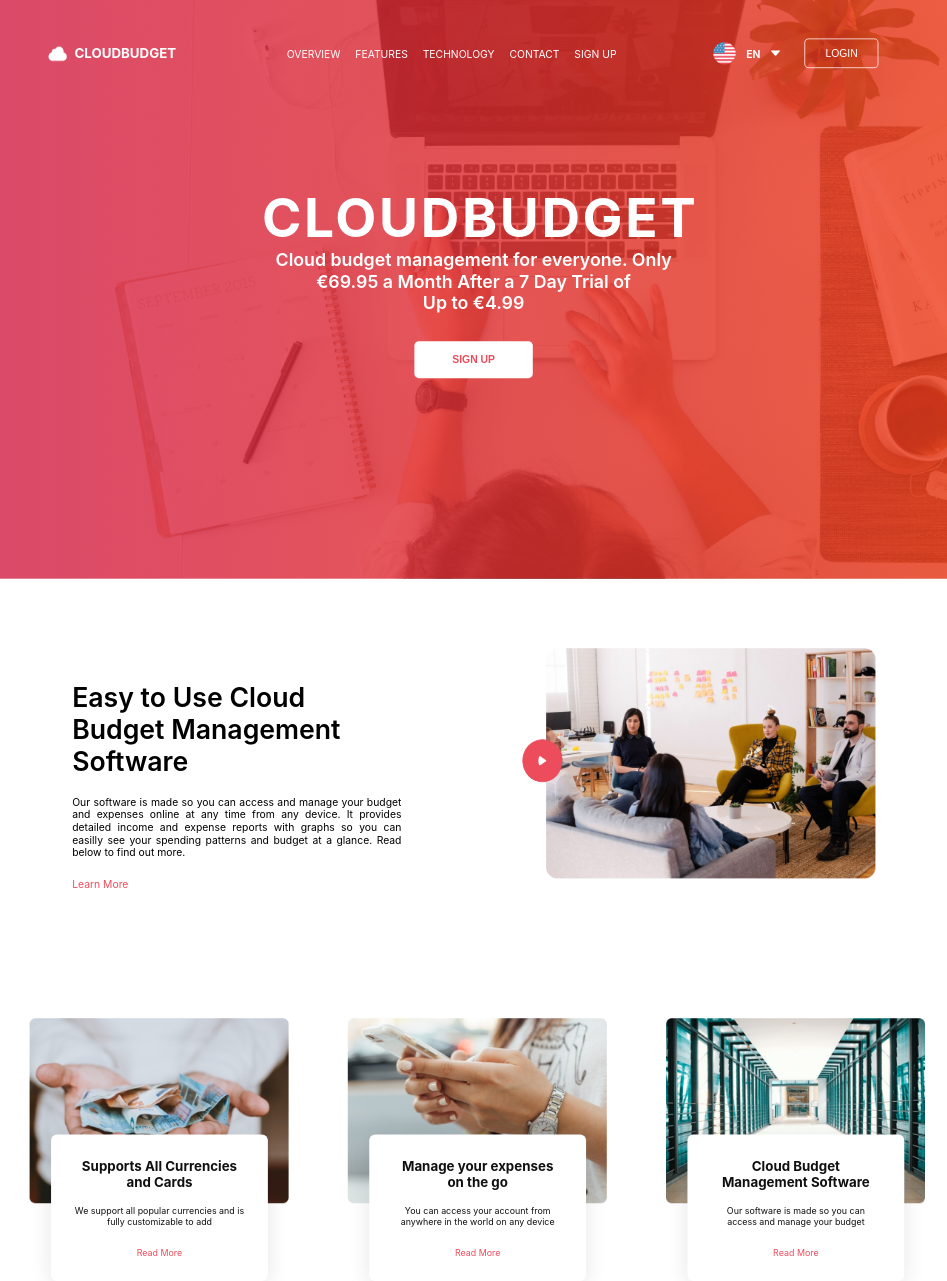
Repository: Ola-22/cloudBudget
Page: /
An editor plug-in stored every save of this project. The page is shown before and after the next save, followed by the edit.
The browser window is 1280 px wide. The pictures show the whole page, at 74% of full size.
The project was rebuilt for these pictures with package versions that can differ from the ones it lists, and the page was loaded fresh each time.

Above is the page before, as saved 2021-09-13 13:32:10.

### src/App.js
import "./App.css";
import {
  Navbar,
  MainContent,
  VideoSection,
  Features,
} from "./components/component-path";

function App() {
  return (
    <div className="App">
      <div
        className="app-main"
        style={{
          backgroundImage:
            "linear-gradient(90deg, rgba(213, 32, 71, 0.8) 0%, rgba(238, 61, 27, 0.8) 100%),url(/images/bg.png)",
          height: "782px",
        }}
      >
        <Navbar />
        <MainContent />
      </div>
      <VideoSection />
      <Features />
    </div>
  );
}

export default App;

### src/App.css
*{
  margin: 0;
  padding: 0;
  box-sizing: border-box;
}

.app-main{
  /* height: 782px; */
  background-position: center;
  background-repeat: no-repeat;
  background-size: cover;
  position: relative;
}

### src/Components/component-path.js
export { default as Navbar } from "./Navbar";
export { default as MainContent } from "./MainContent";
export { default as VideoSection } from "./VideoSection";
export { default as Features } from "./Features";

### src/Components/Navbar/index.jsx
import "./style.scss";
import { Link, BrowserRouter as Router } from "react-router-dom";

function Navbar() {
  return (
    <div className="nav-main">
      <div className="nav-box">
        <img src="/images/Vector.png" alt="" />
        <h3>CLOUDBUDGET</h3>
      </div>
      <Router>
        <nav>
          <Link to="/">overview</Link>
          <Link to="/">features</Link>
          <Link to="/">technology</Link>
          <Link to="/">contact</Link>
          <Link to="/">sign up</Link>
        </nav>
      </Router>
      <div style={{ display: "flex", cursor: "pointer" }}>
        <div className="flag-box">
          <img src="/images/flag.png" alt="" />
          <h4>EN</h4>
          <img src="/images/vector2.png" alt="" />
        </div>
        <button>Login</button>
      </div>
    </div>
  );
}

export default Navbar;

### src/Components/MainContent/index.jsx
import "./style.css";

export default function MainContent() {
  return (
    <div className="main-content">
      <h1>CloudBudget</h1>
      <p>
        Cloud budget management for everyone. Only €69.95 a Month After a 7 Day
        Trial of
        <br /> Up to €4.99
      </p>
      <button>sign up</button>
    </div>
  );
}

### src/Components/VideoSection/index.jsx
import "./style.scss";

export default function VideoSection() {
  return (
    <div className="videoMain">
      <div className="video-content">
        <h2>Easy to Use Cloud Budget Management Software</h2>
        <p>
          Our software is made so you can access and manage your budget and
          expenses online at any time from any device. It provides detailed
          income and expense reports with graphs so you can easilly see your
          spending patterns and budget at a glance. Read below to find out more.
        </p>
        <a href="#">Learn More</a>
      </div>
      <div>
        <img src="/images/play.png" alt="" />
        <img src="/images/Video_bg.png" alt="" />
      </div>
    </div>
  );
}

### src/Components/Features/index.jsx
import FeaturesCard from "./FeaturesCard";

export default function Features() {
  return (
    <div style={{ display: "flex", justifyContent: "space-around" }}>
      <FeaturesCard
        src="/images/features1.png"
        title="Supports All Currencies and Cards"
        paragraph="We support all popular currencies and is fully customizable to add"
        readmore="Read More"
      />
      <FeaturesCard
        src="/images/features2.png"
        title="Manage your expenses on the go"
        paragraph="You can access your account from anywhere in the world on any device"
        readmore="Read More"
      />
      <FeaturesCard
        src="/images/features3.png"
        title="Cloud Budget Management Software"
        paragraph="Our software is made so you can access and manage your budget"
        readmore="Read More"
      />
    </div>
  );
}

### src/Components/Navbar/style.scss
@import "../../styles/variables.scss";

.nav-main{
  display: flex;
  align-items: center;
  justify-content: space-around;
  padding-top: 52px;
  & >nav{
    display: flex;
    & >a {
      margin-left: 20px;
      text-transform: uppercase;
      color: $whiteColor;
      font-size: 14px;
      text-decoration: none;
    }
  }

  & button{
    width: 100px;
    height: 40px;
    background-color: transparent;
    border-radius: 6px;
    border: 1px solid $whiteColor;
    font-size: 14px;
    text-transform: uppercase;
    color: $whiteColor;
    margin-inline-start: 28.81px;
    margin-inline-end: 28px;
  }
}

.nav-box{
  display: flex;
  // margin-left: 5%;
  & > h3{
    font-size: 18px;
    margin-left: 9.9px;
    color: white;
  }
}

.flag-box{
  display: flex;
  align-items: center;
  width: 96px;
  & > h4{
    font-size: 14px;
    color: $whiteColor;
    margin-inline-start: 13.81px;
    margin-inline-end: 13.81px;
  }
}

### src/Components/MainContent/style.css
.main-content {
  display: -webkit-box;
  display: -ms-flexbox;
  display: flex;
  -webkit-box-align: center;
      -ms-flex-align: center;
          align-items: center;
  -webkit-box-orient: vertical;
  -webkit-box-direction: normal;
      -ms-flex-direction: column;
          flex-direction: column;
  color: #ffffff;
  margin-top: 158px;
}

.main-content > h1 {
  font-size: 72px;
  text-transform: uppercase;
  margin-left: 18px;
  letter-spacing: 0.05em;
}

.main-content > p {
  font-size: 24px;
  width: 540px;
  height: 124px;
  font-weight: 600;
  overflow-wrap: break-word;
  text-align: center;
  margin: 0;
}

.main-content > button {
  background-color: #ffffff;
  border-radius: 6px;
  width: 160px;
  height: 50px;
  font-size: 14px;
  text-transform: uppercase;
  color: #ED4C5C;
  border: none;
  font-weight: 600;
  cursor: pointer;
}
/*# sourceMappingURL=style.css.map */

### src/Components/VideoSection/style.scss
@import "../../styles/variables.scss";

.videoMain{
  display: flex;
  justify-content: space-around;
  margin-top: 94px;
  height: 500px;

  & > div:last-of-type{
    position: relative;
    & img:first-of-type{
      border: 1px solid $btnColor;
      background-color: $btnColor;
      border-radius: 50%;
      padding: 20px;
      // width: 18px;
      position: absolute;
      margin-top: 123px;
      left: -32px;
    }
  }
}

.video-content{
  width: 445px;
  & > h2{
    font-size: 36px;
    line-height: 43px;
    margin-top: 46px;
    font-weight: 600;
  }
  & > p{
    font-size: 14px;
    text-align: justify;
    margin: 24px 0;
  }
  & > a{
    color: $btnColor;
    font-size: 14px;
    text-decoration: none;
  }
}

### src/Components/Features/FeaturesCard/index.js
import "./style.scss";

export default function FeaturesCard({ src, title, paragraph, readmore }) {
  return (
    <div className="features-card">
      <img src={src} alt="" />
      <div>
        <h3>{title}</h3>
        <p>{paragraph}</p>
        <a href="#">{readmore}</a>
      </div>
    </div>
  );
}

### src/styles/variables.scss
$whiteColor: #ffffff;
$blackColor: #000000;
$orangeColor: #EE3D1B;
$pinkColor: #D52047;
$btnColor: #ED4C5C;

### src/Components/Features/FeaturesCard/style.scss
@import "../../../styles/variables.scss";


.features-card{
  position: relative;
  text-align: center;
  // display: flex;
  margin-left: 40px;
  margin-right: 40px;
  &:first-of-type{
    // margin-left: 135px;
  }
  & > div{
    background-color: $whiteColor;
    position: absolute;
    top: 157px;
    width: 293px;
    height: 198px;
    left: 29px;
    box-shadow: 0px 5px 30px rgba(0, 0, 0, 0.1);
    display: flex;
    flex-direction: column;
    align-items: center;
    color: #101010;
    border-radius: 8px;
    & > h3{
      margin-top: 33px;
      margin-bottom: 20px;
      font-size: 18px;
      width: 229px;
    }
    & > p{
      font-size: 12px;
      width: 229px;
      height: 57px;
    }
    & > a{
      color: $btnColor;
      font-size: 12px;
      text-decoration: none;
    }
  }
}

Loaded but not shown: public/index.html (common file); src/index.js (common file); src/index.css (common file); src/reportWebVitals.js (common file)

After the next save:
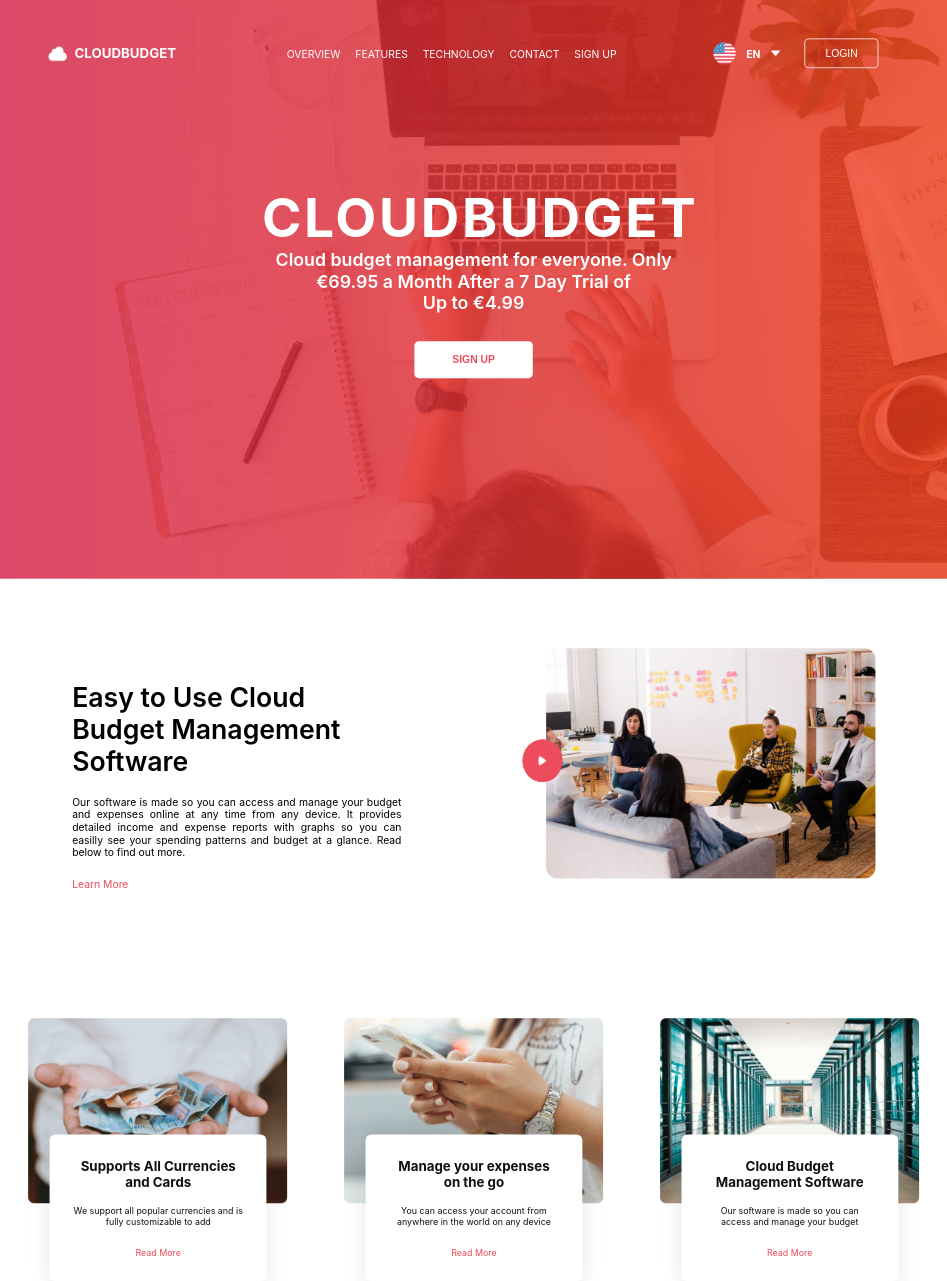
Saved 17 s later.
--- a/src/Components/Features/FeaturesCard/style.scss
+++ b/src/Components/Features/FeaturesCard/style.scss
@@ -4,9 +4,6 @@
 .features-card{
   position: relative;
   text-align: center;
-  // display: flex;
-  margin-left: 40px;
-  margin-right: 40px;
   &:first-of-type{
     // margin-left: 135px;
   }
